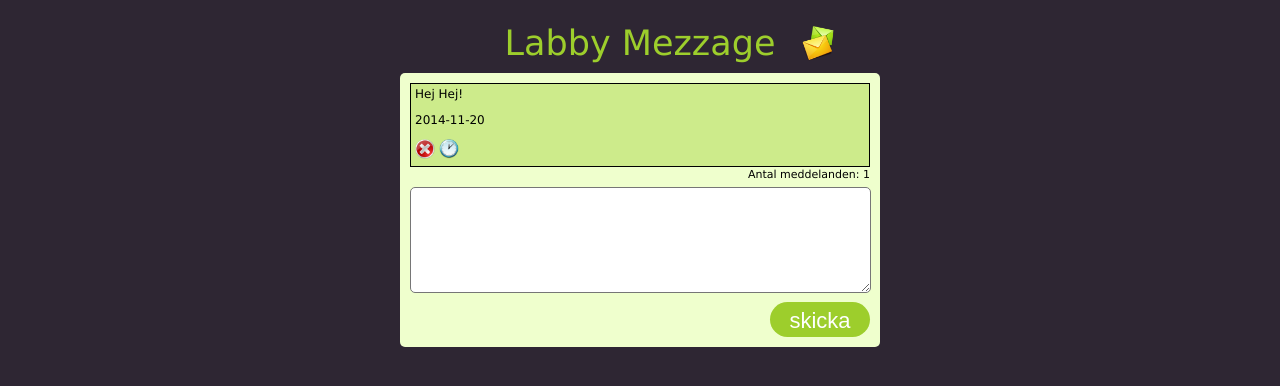
Repository: ad222kr/1dv403-laborationer
Page: 2-labbymezzage/index.html
The author's editor kept a record of every edit. The page is drawn from the files as they stood at one moment, then again after the next edit.
The browser window is 1280 px wide. The pictures show the whole page.

Above is the page before.
Console error: SyntaxError: Unexpected token '{'

After the next edit:
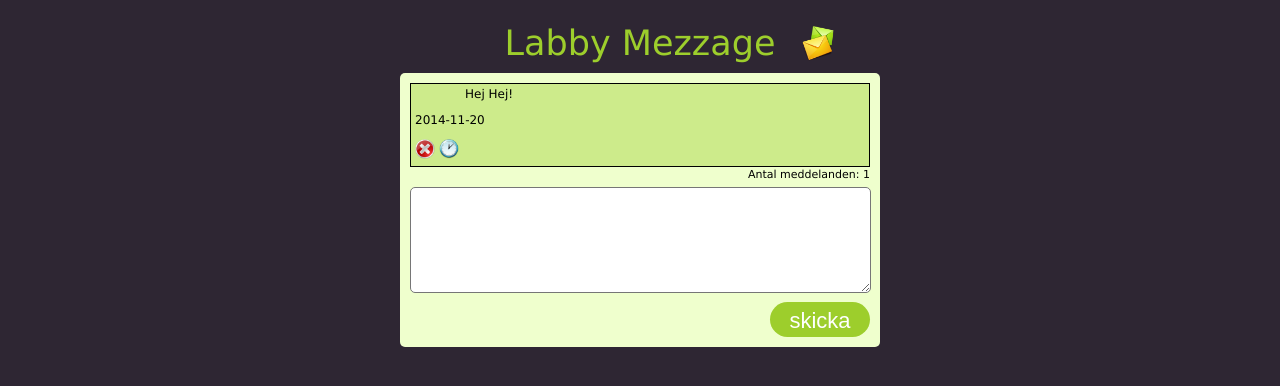
The edit:
--- a/2-labbymezzage/css/style.css
+++ b/2-labbymezzage/css/style.css
@@ -127,6 +127,7 @@
 }
 
 .msgtext{
+    width: 350px;
     text-align: justify;
     margin-top:-1px;
     word-wrap: break-word;

After the edit that followed:
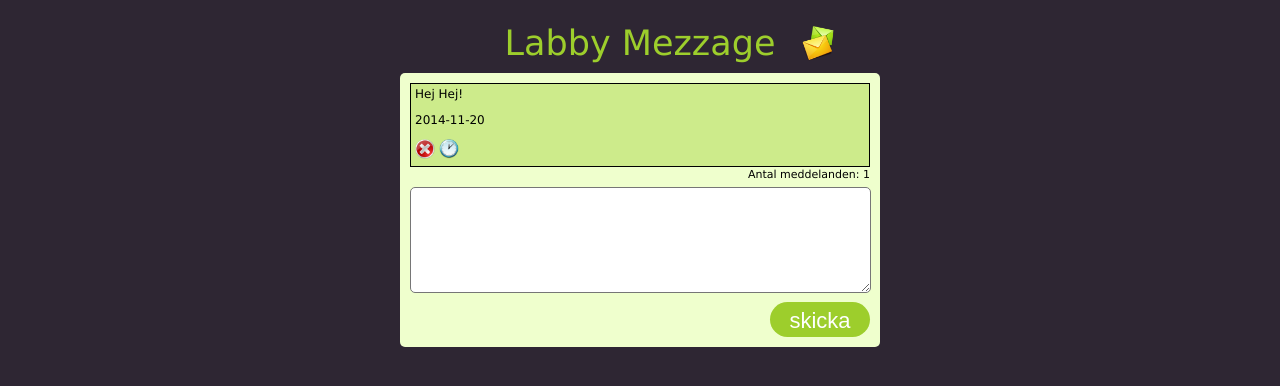
The edit:
--- a/2-labbymezzage/css/style.css
+++ b/2-labbymezzage/css/style.css
@@ -132,8 +132,6 @@
     margin-top:-1px;
     word-wrap: break-word;
     display: block;
-    margin-right: auto;
-    margin-left: auto;
 
 }
 
